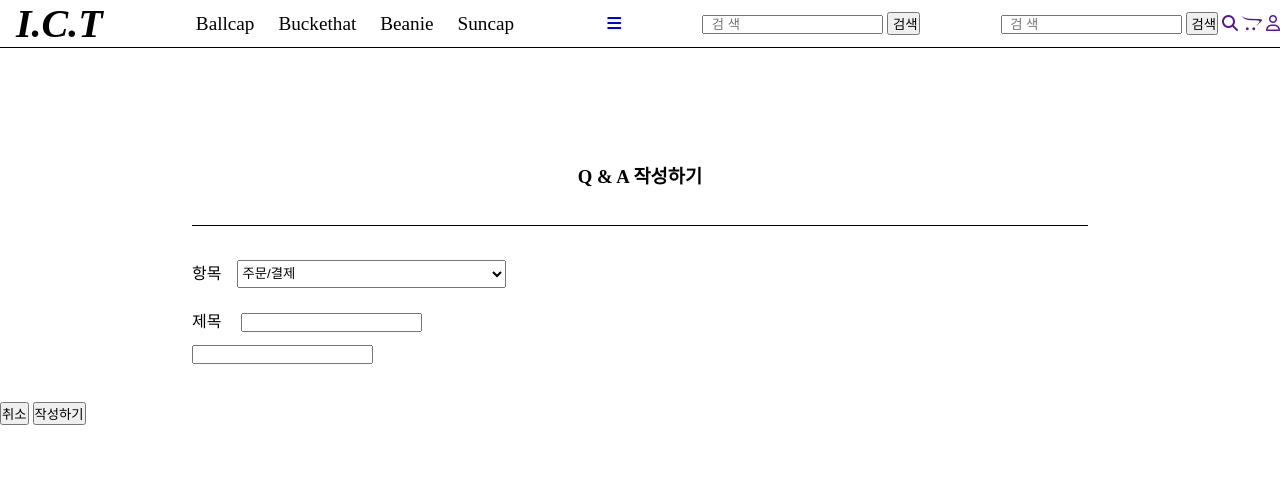
Repository: Developer120000/project1
Page: http://localhost/project1/productpage/q_a_write.jsp
These files come from the project's save history. The page is drawn as it stood at one moment and after the next save; the edit follows.
The browser window is 1280 px wide. The pictures show the whole page.
Some web libraries are served in a nearby version. The page is served by Tomcat 9.

Above is the page before, as saved 2024-03-22 03:36:19.
Console error: SyntaxError: Identifier 'hamburger' has already been declared

After the next save:
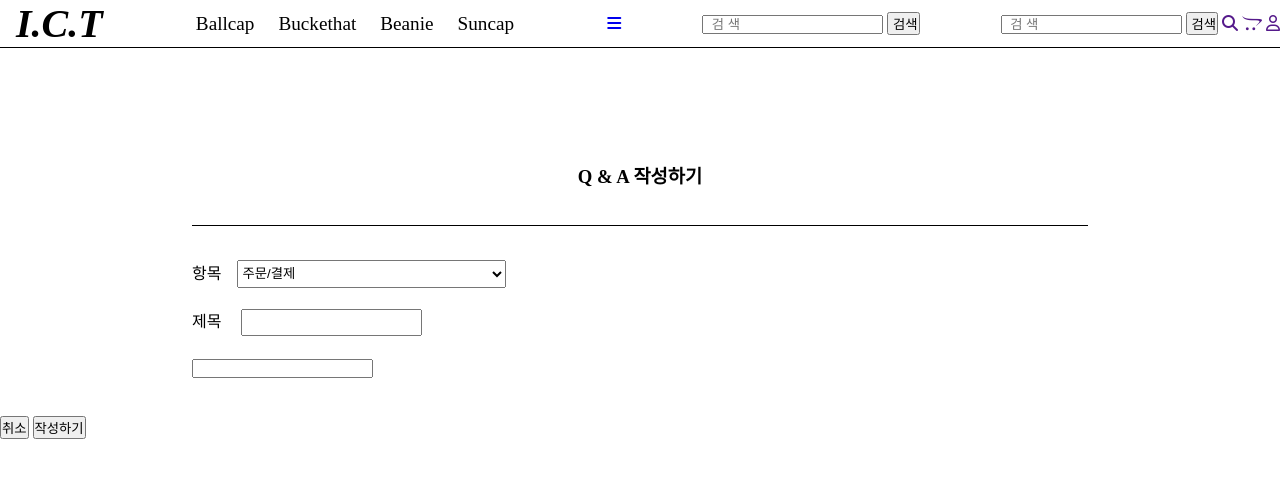
Saved 14 s later.
--- a/project1/src/main/webapp/productpage/q_a_write.jsp
+++ b/project1/src/main/webapp/productpage/q_a_write.jsp
@@ -30,7 +30,7 @@
 				</li>
 				<li>
 					<label for="qawriteritem" class="qawriteritem1">제목</label>
-					<input type="tel" class="1" id="qawriteritem" name="utelephone1" required>
+					<input type="text" class="qawriteritem1-1" id="qawriteritem" name="utelephone1" required>
 				</li>
 				<li>
 					<input type="text" class="ip2 ts1" id="utelephone" name="utelephone1" required>
